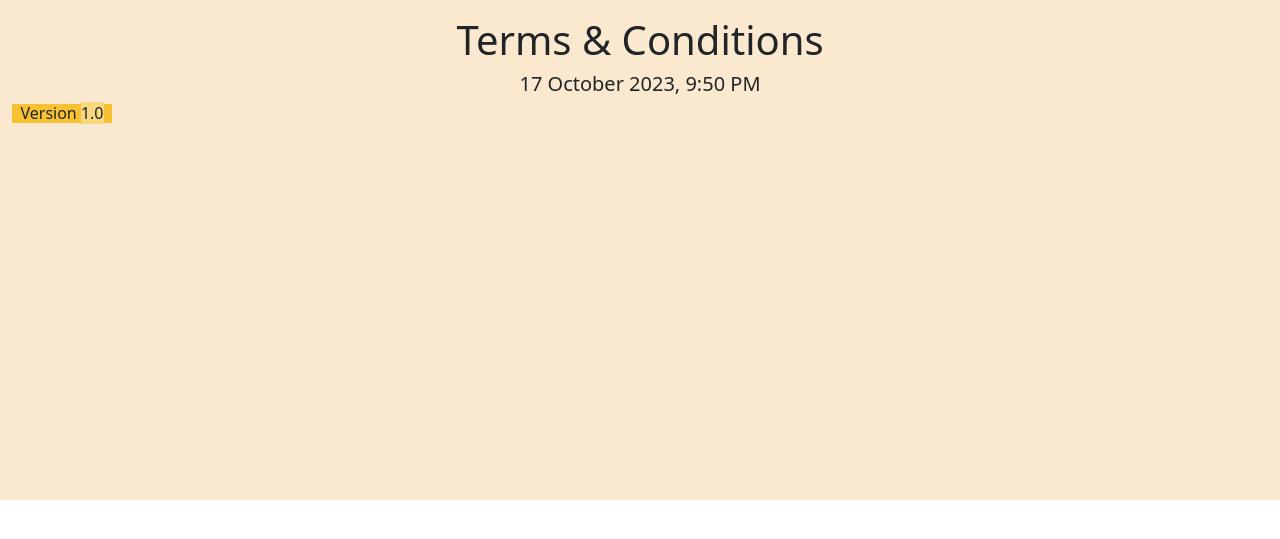
Repository: injectGroup/github.io
Page: terms.html
The author's editor kept a copy of each file at every save. The page is drawn from the files as they stood at one save, then again after the next save.
The browser window is 1280 px wide. The pictures show the whole page.

Above is the page before, as saved 2023-11-29 12:52:15.

After the next save:
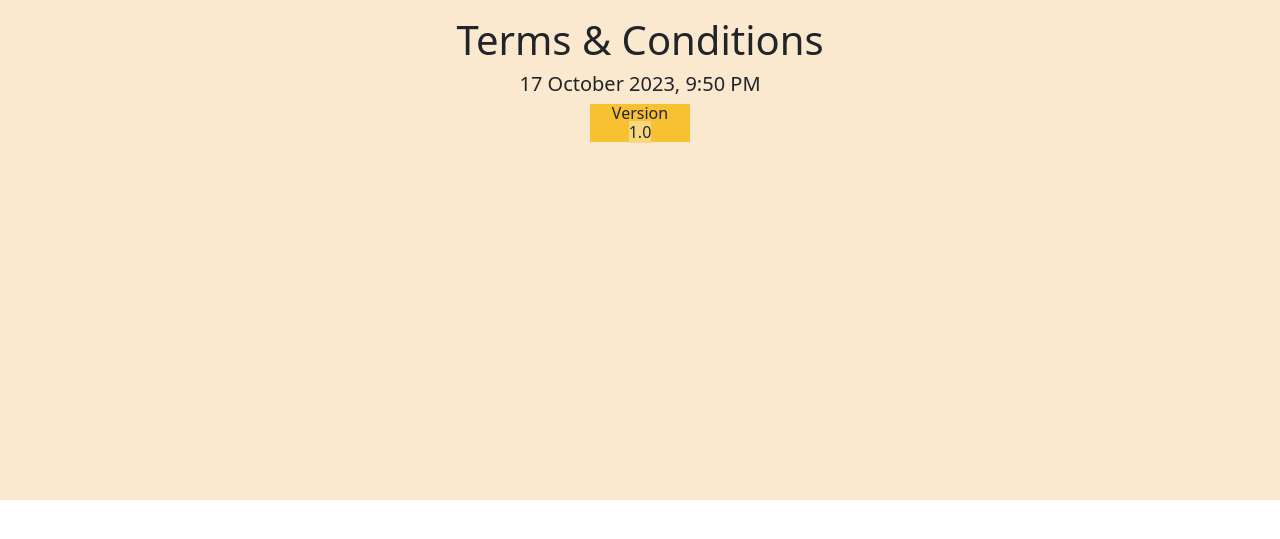
Saved 24 s later.
--- a/gouldwalletlegal/css/gouldcustom.css
+++ b/gouldwalletlegal/css/gouldcustom.css
@@ -23,6 +23,12 @@
 .version {
     width: 100px;
     background-color: #F7C132;
+    padding-right: 15px;
+    padding-left: 15px;
+    margin-right: auto;
+    margin-left: auto;
+    display: block;
+    box-sizing: border-box;
 }
 
 .version-number {
